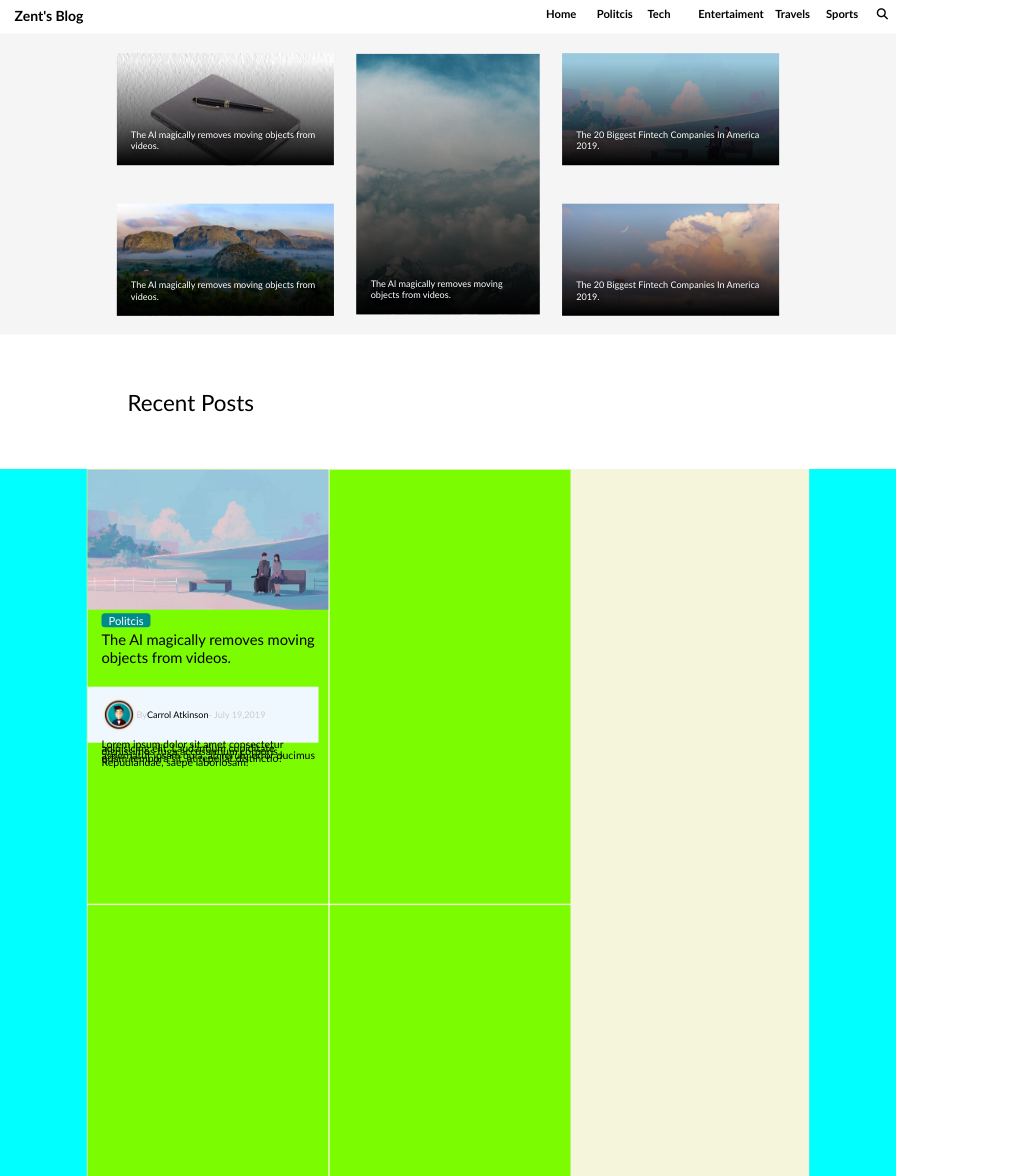
Repository: giacatdat2k5/html3
Page: html3.vs/7.1.html
The author's editor kept a copy of each file at every save. The page is drawn from the files as they stood at one save, then again after the next save.
The browser window is 1280 px wide. The page is 1462 px wide, so the pictures cover 1462 px, including what lies to the right of the window. The pictures show the part of the page from y = 0 to 1680 px (the page is 3779 px tall), at 70% of full size.

Above is the page before, as saved 2023-09-27 15:40:01.

### html3.vs/7.1.html
<!DOCTYPE html>
<html lang="en">
<head>
    <meta charset="UTF-8">
    <meta name="viewport" content="width=device-width, initial-scale=1.0">
    <title>7.2</title>
    <link rel="stylesheet" type="text/css" href="7.1.css">
    <link rel="stylesheet" href="https://cdnjs.cloudflare.com/ajax/libs/font-awesome/6.4.2/css/all.min.css"/>
</head>
<body>
    <div id="header">
        <div class="logo">Zent's Blog </div>
        <div class="menu">
            <div class="items">Home</div>
            <div class="items">Politcis</div>
            <div class="items">Tech</div>
            <div class="items">Entertaiment</div>
            <div class="items">Travels</div>
            <div class="items">Sports</div>
            <div class="search"><i class="fa-solid fa-magnifying-glass"></i></div>
        </div>
    </div>
    <div id="content">
        <div class="left">
            <div class="imageleft">
                <div class="iamge1">
                    <div class="edit">The Al magically removes moving objects from videos.</div>
                </div>
                <div class="iamge2">
                    <div class="edit">The Al magically removes moving objects from videos.</div>
                </div>
            </div>
        </div>
        <div class="center">
            <div class="imagecenter">
                <div class="iamge3">
                    <div class="edit">The Al magically removes moving objects from videos.</div>
                </div>
            </div>
        </div>
        <div class="right">
            <div class="iamgeright">
                <div class="iamge4">
                    <div class="edit">
                        The 20 Biggest Fintech Companies In
                        America 2019.</div>
                </div>
                <div class="iamge5">
                    <div class="edit">
                        The 20 Biggest Fintech Companies In
                        America 2019.</div>
                </div>
            </div>
        </div>
    </div>
    <div id="header2">Recent Posts
    </div>
    <div id="content2">
        <div class="centercontent2">
            <div class="ccitems">
                <div class="picture"></div>
                <div class="tag">
                    <div class="tagitem">Politcis</div>
                </div>
                <div class="text">The Al magically removes moving objects from videos.</div>
            <div class="author">
                <div class="avt"></div>
                <div class="name">
                    <span class="c">By</span>
                    Carrol Atkinson
                    <span class="c">- July 19,2019</span>
                </div>
            </div>
            <div class="lorem">Lorem ipsum dolor sit amet consectetur adipisicing elit. Laudantium cupiditate dignissimos fuga accusantium corporis aspernatur ipsam quia, ab rerum error ducimus quam tempora sit, at repellat distinctio? Repudiandae, saepe laboriosam!</div>
            </div>
            <div class="ccitems"></div>
            <div class="ccitems"></div>
            <div class="ccitems"></div>
            <div class="ccitems"></div>
            <div class="ccitems"></div>
            <div class="ccitems"></div>
            <div class="ccitems"></div>
            <div class="ccitems"></div>
        </div>
    </div>
</body>
</html>

### html3.vs/7.1.css
@media all and (min-width: 992px){
*{
    margin:0;
    padding: 0;
    font-family:'Trebuchet MS', 'Lucida Sans Unicode', 'Lucida Grande', 'Lucida Sans', Arial, sans-serif;
}
#header{
    width: 100%;
    height: 3em;
    display: flex;
    justify-content: space-between;
}
.logo{
    font-size: 20px;
    width: 120px;
    text-align: center;
    padding: 10px;
    font-weight: bold;
    font-family:'Trebuchet MS', 'Lucida Sans Unicode', 'Lucida Grande', 'Lucida Sans', Arial, sans-serif;

}
.menu{
    width: 510px;
    display: flex;
}
.items{
    width: 90px;
    padding: 10px;
    font-weight: bold;
    font-family:'Trebuchet MS', 'Lucida Sans Unicode', 'Lucida Grande', 'Lucida Sans', Arial, sans-serif;
}
.search{
    width: 30px;
    padding: 10px;
}
#content{
    width: 100%;
    height: 430px;
    background-color:whitesmoke;
    display: flex;
}
.left{
    width: 38%;
    height: 100%;

    display: flex;
    justify-content: right;
    align-items: center;
}
.center{
    width: 26%;
    height: 100%;
    display: flex;
    align-items:center;
    justify-content: center;
}
.right{
    width: 38%;
    height: 100%;

    display: flex;
    justify-content: left;
    align-items: center;
}
.imageleft{
    width: 65%;
    height: 100%;
    display: flex;
    flex-wrap: wrap;
    align-items: center;
}
.iamge1{
    background-image: url('image5.jpeg');
    background-size: cover;
    width: 100%;
    height: 160px;
    display:flex;
    align-items: end;
}
.iamge2{
    background-image: url('image3.jpeg');
    background-size: cover;
    width: 100%;
    height: 160px;
    display:flex;
    align-items: end;
}
.edit{
    width: 100%;
    height: 80%;
    background: linear-gradient(to bottom, transparent, rgba(0, 0, 0, 1));
    color:white;
    display:flex;
    align-items: end;
    padding-left: 20px;
    padding-bottom: 20px;
    padding-right: 20px;
    font-family:'Trebuchet MS', 'Lucida Sans Unicode', 'Lucida Grande', 'Lucida Sans', Arial, sans-serif;
    font-size: small;
    text-shadow: 0 0 10px rgba(0, 0, 0, 0.5);
}
.imagecenter{
    width: 80%;
    height:372px;
    align-items:center;
    justify-content: center;
}
.iamge3{
    background-image: url('anh dọc.jpeg');
    background-size: cover;
    width: 100%;
    height: 100%;
    display:flex;
    align-items: end;
}
.iamgeright{
    width: 65%;
    height: 100%;
    display: flex;
    flex-wrap: wrap;
    align-items: center;
}
.iamge4{
    background-image: url('anh ngang 1.jpeg');
    background-size: cover;
    width: 100%;
    height: 160px;
    display:flex;
    align-items: end;
}
.iamge5{
    background-image: url('ảnh ngnag 2.jpeg');
    background-size: cover;
    width: 100%;
    height: 160px;
    display:flex;
    align-items: end;
}
#header2{
    width: 100%;
    height: 6em;
    font-size:xx-large;
    display: flex;
    align-items: center;
    padding-left: 182px;
}
#content2{
    width: 100%;
    background-color: aqua;
    height: 2000px;
    display: flex;
    justify-content: center
}
.centercontent2{
    width:1032px;
    height: 93%;
    background-color: beige;
    display: flex;
    flex-wrap: wrap;
}
.ccitems{
    width: 33.33333%;
    height: 33.333333%;
    background-color:lawngreen;
    margin:1px
}
.picture{
    width: 100%px;
    height: 200px;
    background-image: url('anh ngang 1.jpeg');
    background-size: cover;
}
.tag{
    width: 90%;
    height: 30px;
    display: flex;
    align-items: center;
    padding-left: 20px;
}
.tagitem{
    width: 70px;
    height: 20px;
    color: white;
    background-color: darkcyan;
    border-radius: 5px;
    display: flex;
    justify-content: center;
    align-items: center;
}
.text{
    width: 90%;
    height: 80px;
    display: flex;
    padding-left: 20px;
    font-size: 21px;
}
.author{
    width: 90%;
    height: 80px;
    display: flex;
    align-items: center;
    padding-left: 20px;
    background-color: aliceblue;
}
.avt{
    width: 50px;
    height: 50px;
    background-image: url('pngtree-hand-draw-person-avatar-icon-vector-png-image_7102689.png');
    background-size: cover;
    border-radius: 50%;
}
.name{
    width: 260px;
    height: 100%;
    display: flex;
    align-items: center;
    font-size: small;
}
.c{
    color: #ccc;
}
.lorem{
    width: 90%;
    height: 80px;
    display: flex;
    padding-left: 20px;
    font-size: 15px;
    line-height: 5px;
}
}

After the next save:
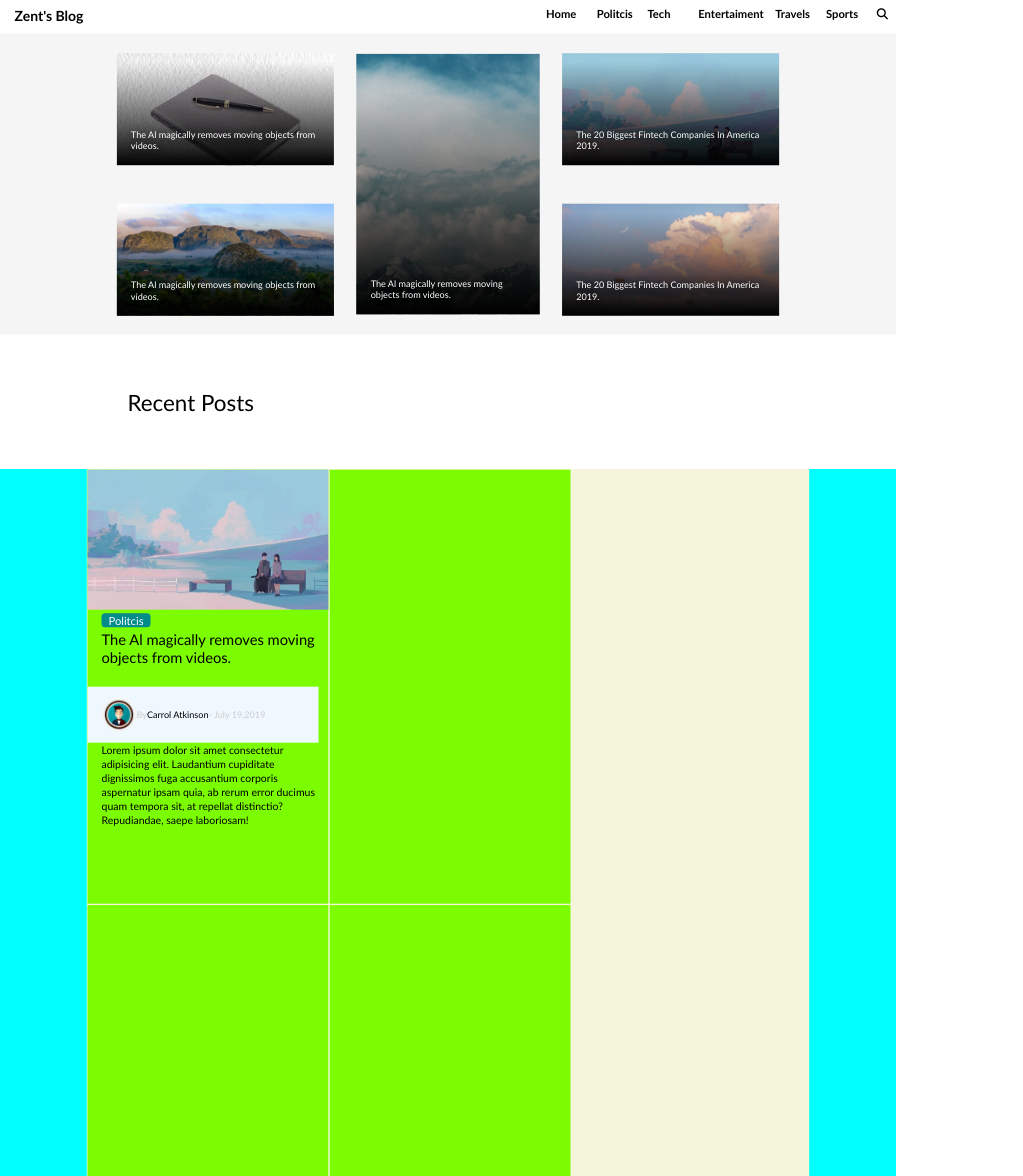
Saved 4 s later.
--- a/html3.vs/7.1.css
+++ b/html3.vs/7.1.css
@@ -225,6 +225,6 @@
     display: flex;
     padding-left: 20px;
     font-size: 15px;
-    line-height: 5px;
-}
-}
+    line-height: 20px;
+}
+}
